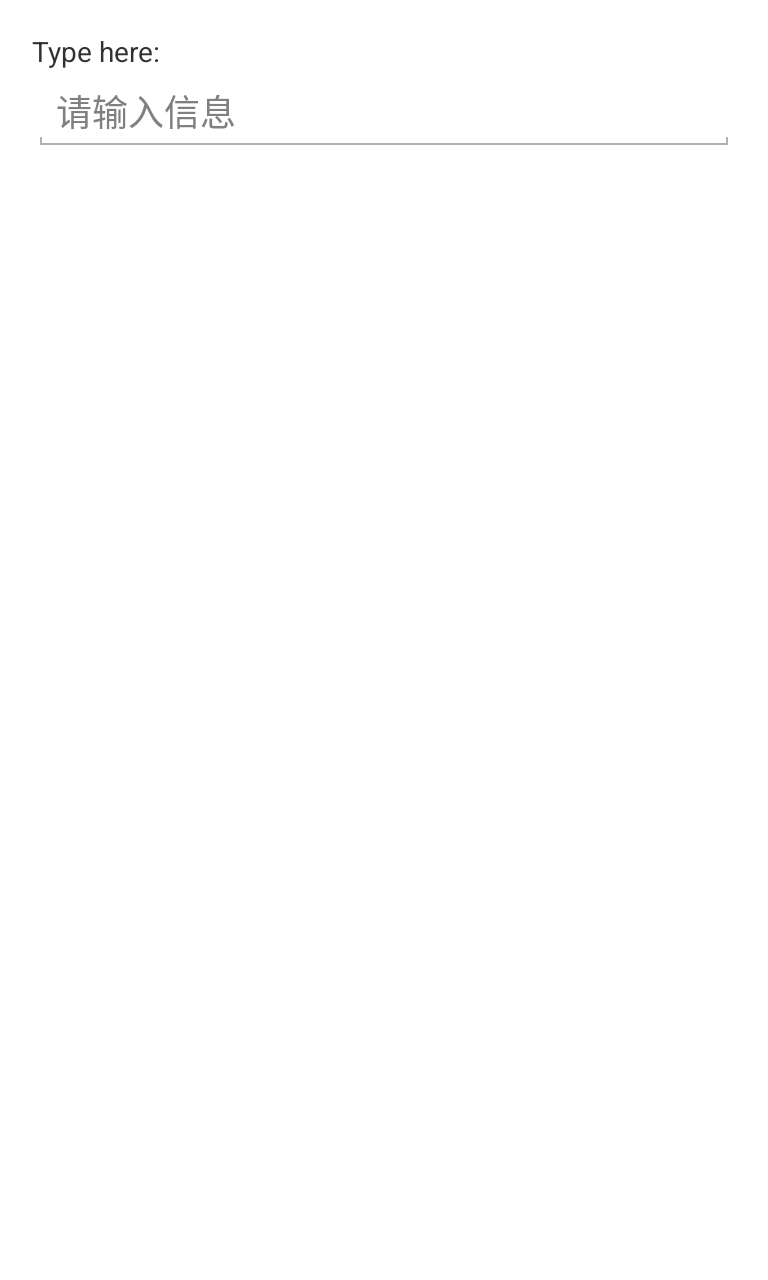
Repository: sonyi/androidClass
Layout: androidExercise/Android_002_RelativeLayout/res/layout/activity_main.xml
An editor plug-in stored every save of this project. The layout is shown before and after the next save, followed by the edit.
It is drawn on a 768 x 1280 px phone screen (xhdpi) without system bars, with theme AppTheme; the app's code is not run.

Above is the layout before, as saved 2014-05-29 04:44:13.

After the next save:
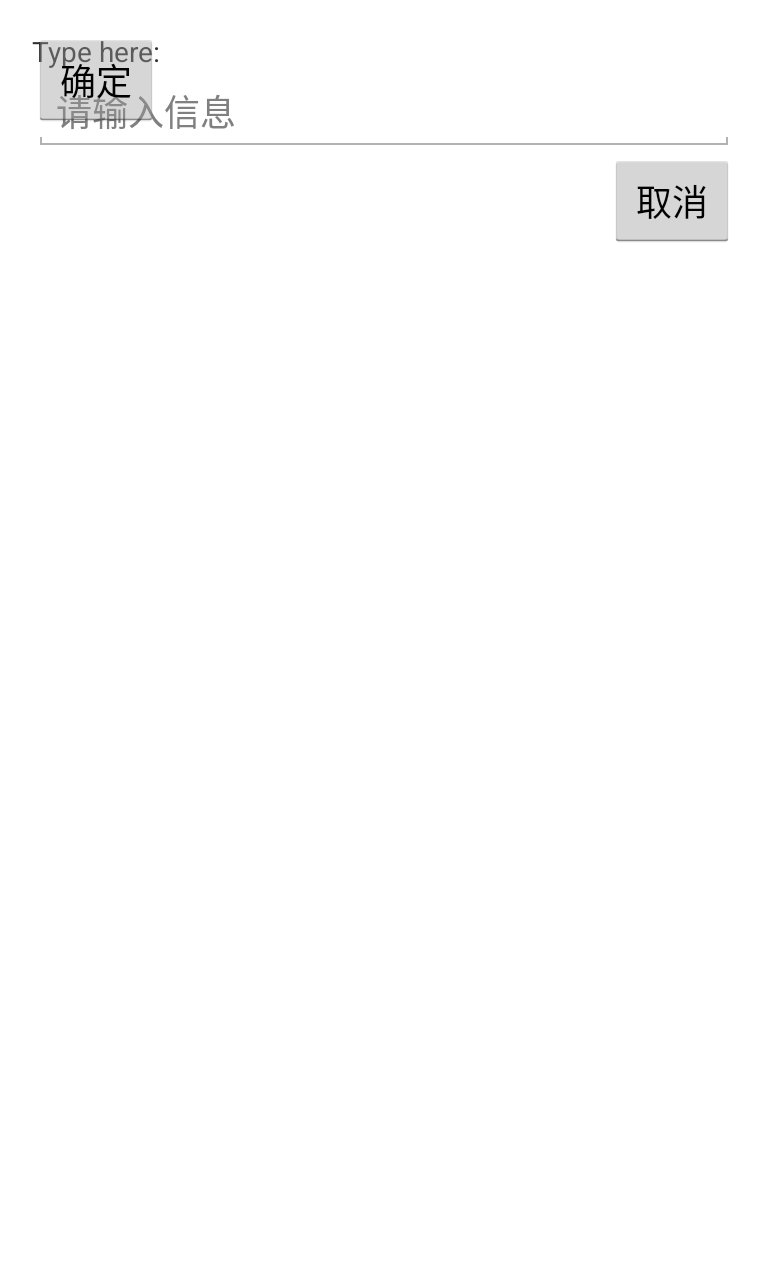
Saved 2 min 36 s later.
--- a/androidExercise/Android_002_RelativeLayout/res/layout/activity_main.xml
+++ b/androidExercise/Android_002_RelativeLayout/res/layout/activity_main.xml
@@ -13,13 +13,26 @@
         android:layout_width="wrap_content"
         android:layout_height="wrap_content"
         android:text="Type here:" />
-    <EditText android:id="@+id/et_entry"
+
+    <EditText
+        android:id="@+id/et_entry"
         android:layout_width="match_parent"
         android:layout_height="wrap_content"
         android:layout_below="@+id/tv_lable"
-        android:hint="请输入信息"/>
+        android:hint="请输入信息" />
 
-    <Button android:id="@+id/btn_ok"
+    <Button
+        android:id="@+id/btn_quit"
+        android:layout_width="wrap_content"
+        android:layout_height="wrap_content"
+        android:layout_alignParentRight="true"
+        android:layout_below="@+id/et_entry"
+        android:text="取消" />
 
-        />
+     <Button
+        android:id="@+id/btn_ok"
+        android:layout_width="wrap_content"
+        android:layout_height="wrap_content"
+        android:layout_alignTop="@+id/"
+        android:text="确定" />
 </RelativeLayout>
